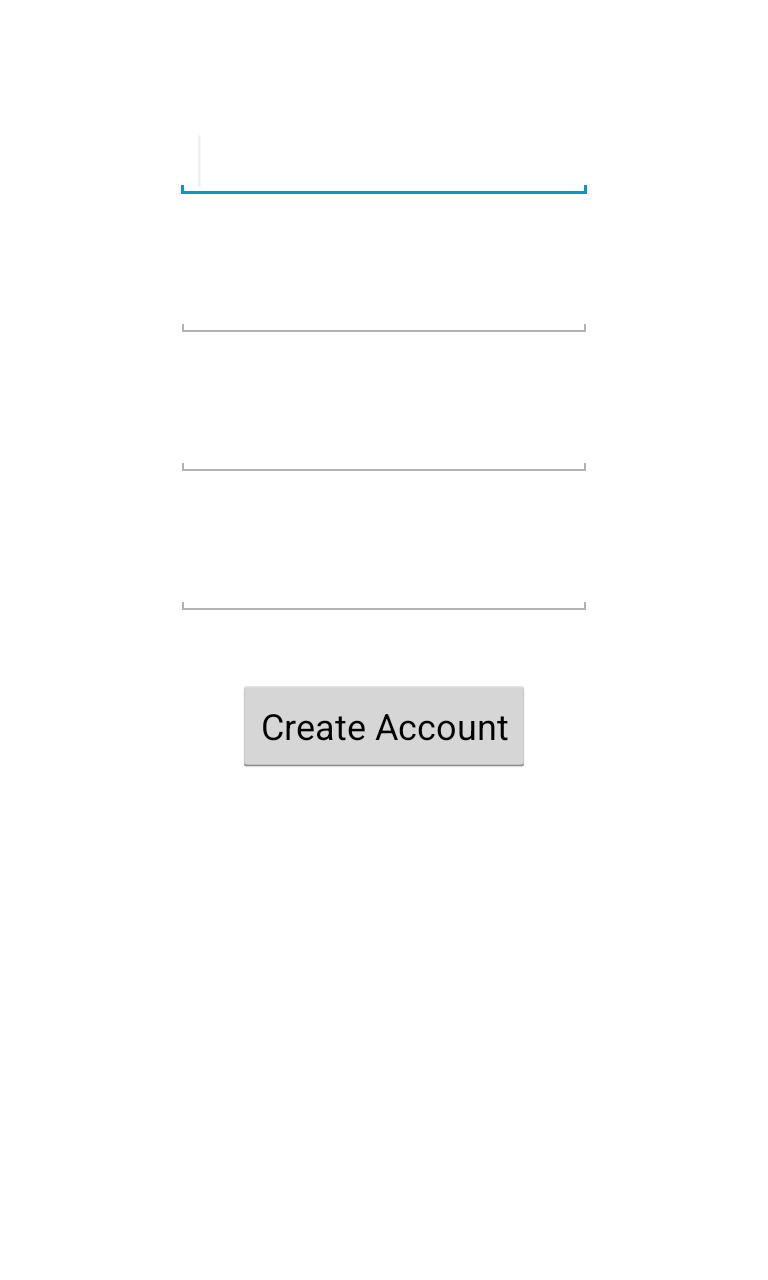
Repository: NarenPamza/Android_Template
Layout: LastNightParty/res/layout/activity_create_new_account.xml
The author's editor kept a copy of each file at every save. The layout is drawn from the files as they stood at one save, then again after the next save.
It is drawn on a 768 x 1280 px phone screen (xhdpi) without system bars, with theme AppTheme; the app's code is not run. The app's manifest (not shown) leaves right-to-left support off. So textAlignment, textDirection and layoutDirection are ignored, and left and right values win over start and end ones.

Above is the layout before, as saved 2015-12-25 13:56:35.

### LastNightParty/res/layout/activity_create_new_account.xml
<RelativeLayout xmlns:android="http://schemas.android.com/apk/res/android"
    xmlns:tools="http://schemas.android.com/tools"
    android:layout_width="match_parent"
    android:layout_height="match_parent"
    android:paddingBottom="@dimen/activity_vertical_margin"
    android:paddingLeft="@dimen/activity_horizontal_margin"
    android:paddingRight="@dimen/activity_horizontal_margin"
    android:paddingTop="@dimen/activity_vertical_margin"
    tools:context="com.androidParty.lastnightparty.CreateNewAccountActivity" >

    <EditText
        android:id="@+id/editText1"
        android:layout_width="wrap_content"
        android:layout_height="wrap_content"
        android:layout_alignParentTop="true"
        android:layout_centerHorizontal="true"
        android:layout_marginTop="45dp"
        android:ems="10"
        android:inputType="textPersonName" >

        <requestFocus />
    </EditText>

    <EditText
        android:id="@+id/editText2"
        android:layout_width="wrap_content"
        android:layout_height="wrap_content"
        android:layout_alignLeft="@+id/editText1"
        android:layout_below="@+id/editText1"
        android:layout_marginTop="30dp"
        android:ems="10"
        android:inputType="textPersonName" />

    <EditText
        android:id="@+id/editText3"
        android:layout_width="wrap_content"
        android:layout_height="wrap_content"
        android:layout_alignStart="@+id/editText2"
        android:layout_below="@+id/editText2"
        android:layout_marginTop="30dp"
        android:ems="10"
        android:inputType="textEmailAddress" />

    <EditText
        android:id="@+id/editText4"
        android:layout_width="wrap_content"
        android:layout_height="wrap_content"
        android:layout_alignStart="@+id/editText3"
        android:layout_below="@+id/editText3"
        android:layout_marginTop="30dp"
        android:ems="10"
        android:inputType="textPassword" />

    <Button
        android:id="@+id/button1"
        android:layout_width="wrap_content"
        android:layout_height="wrap_content"
        android:layout_below="@+id/editText4"
        android:layout_centerHorizontal="true"
        android:layout_marginTop="30dp"
        android:text="Create Account" />

</RelativeLayout>

Loaded but not shown: LastNightParty/res/values/styles.xml (common file); LastNightParty/res/values-v11/styles.xml (common file); LastNightParty/res/values-v14/styles.xml (common file); LastNightParty/res/values/dimens.xml (common file); LastNightParty/res/values-w820dp/dimens.xml (common file)

After the next save:
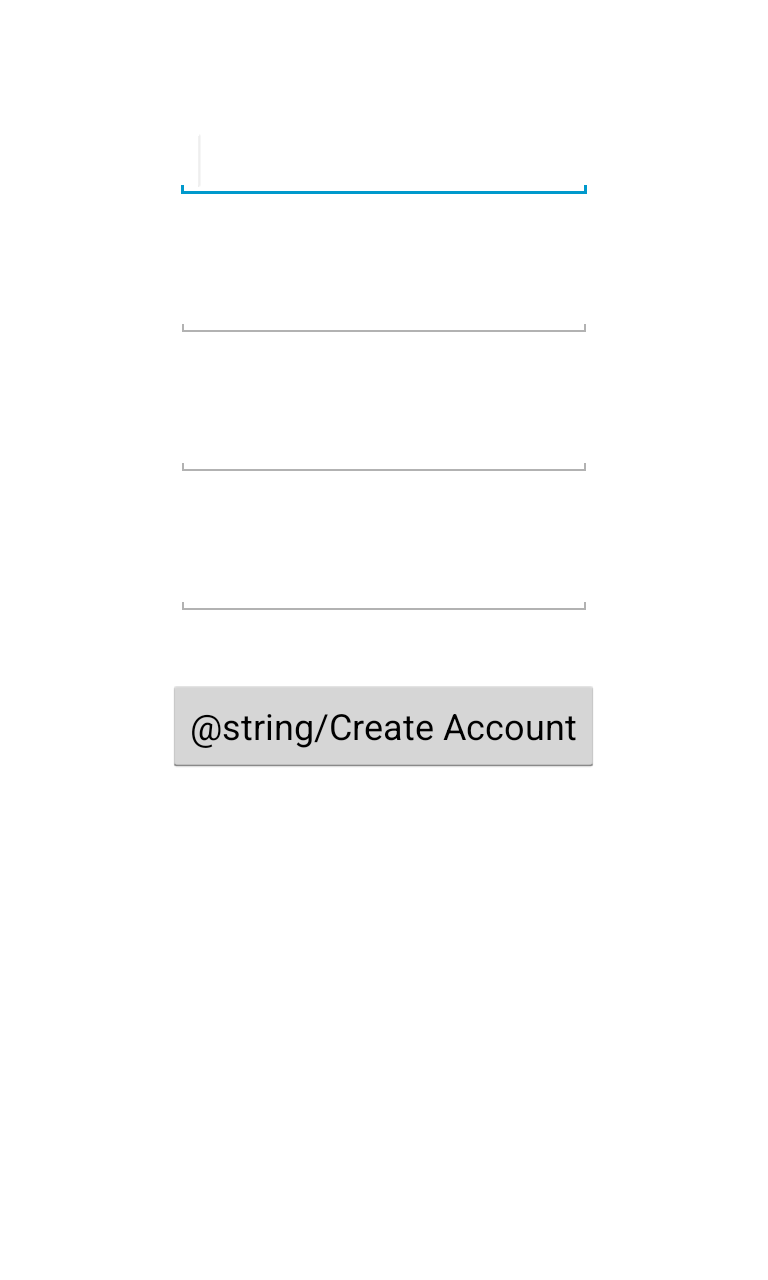
Saved 10 s later.
--- a/LastNightParty/res/layout/activity_create_new_account.xml
+++ b/LastNightParty/res/layout/activity_create_new_account.xml
@@ -58,6 +58,6 @@
         android:layout_below="@+id/editText4"
         android:layout_centerHorizontal="true"
         android:layout_marginTop="30dp"
-        android:text="Create Account" />
+        android:text="@string/Create Account" />
 
 </RelativeLayout>
